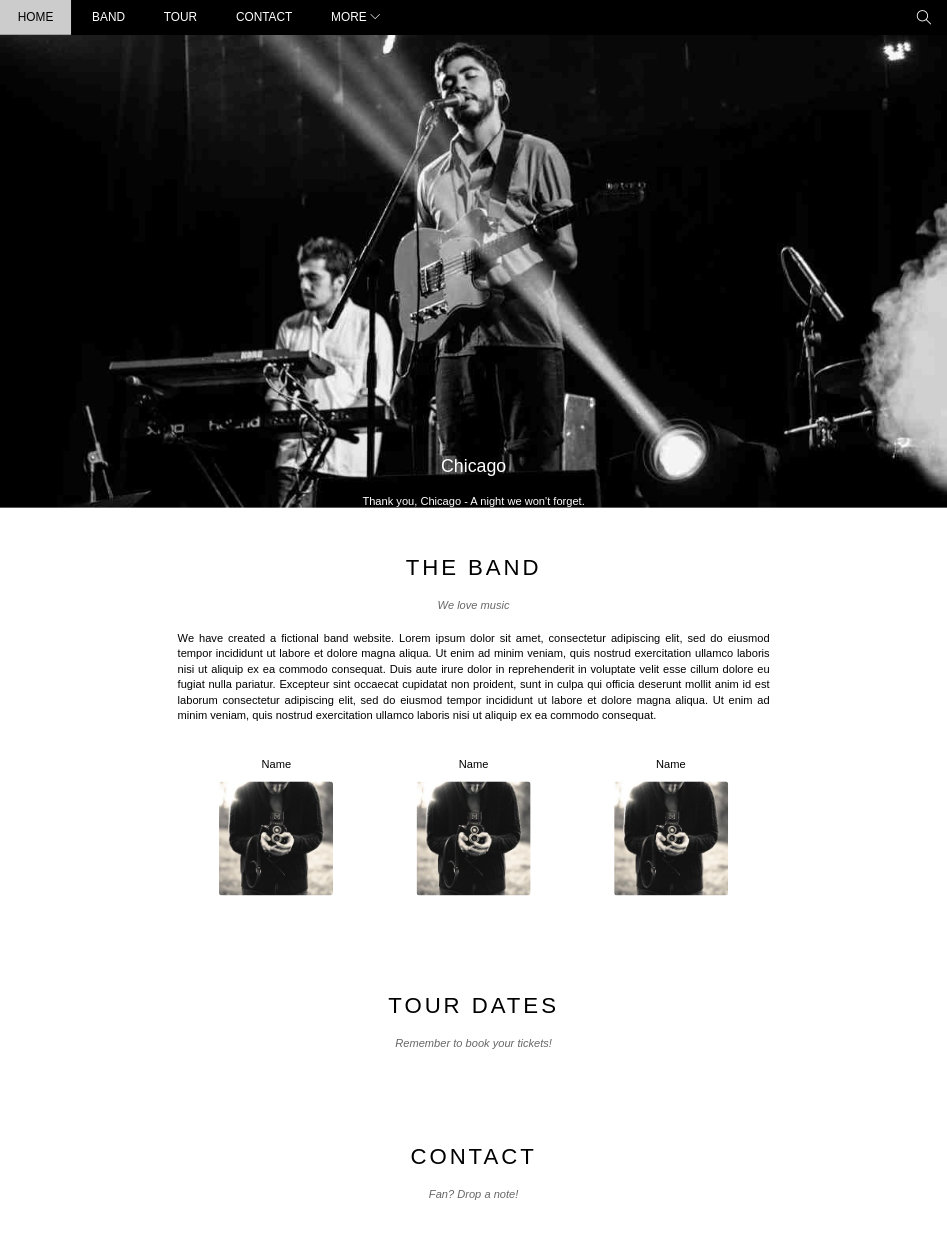
Repository: Thanhtrunghoang123/the-band
Page: index.html
These files come from the project's save history. The page is drawn as it stood at one moment and after the next save; the edit follows.
The browser window is 1280 px wide. The pictures show the whole page, at 74% of full size.

Above is the page before, as saved 2022-07-21 07:00:55.

After the next save:
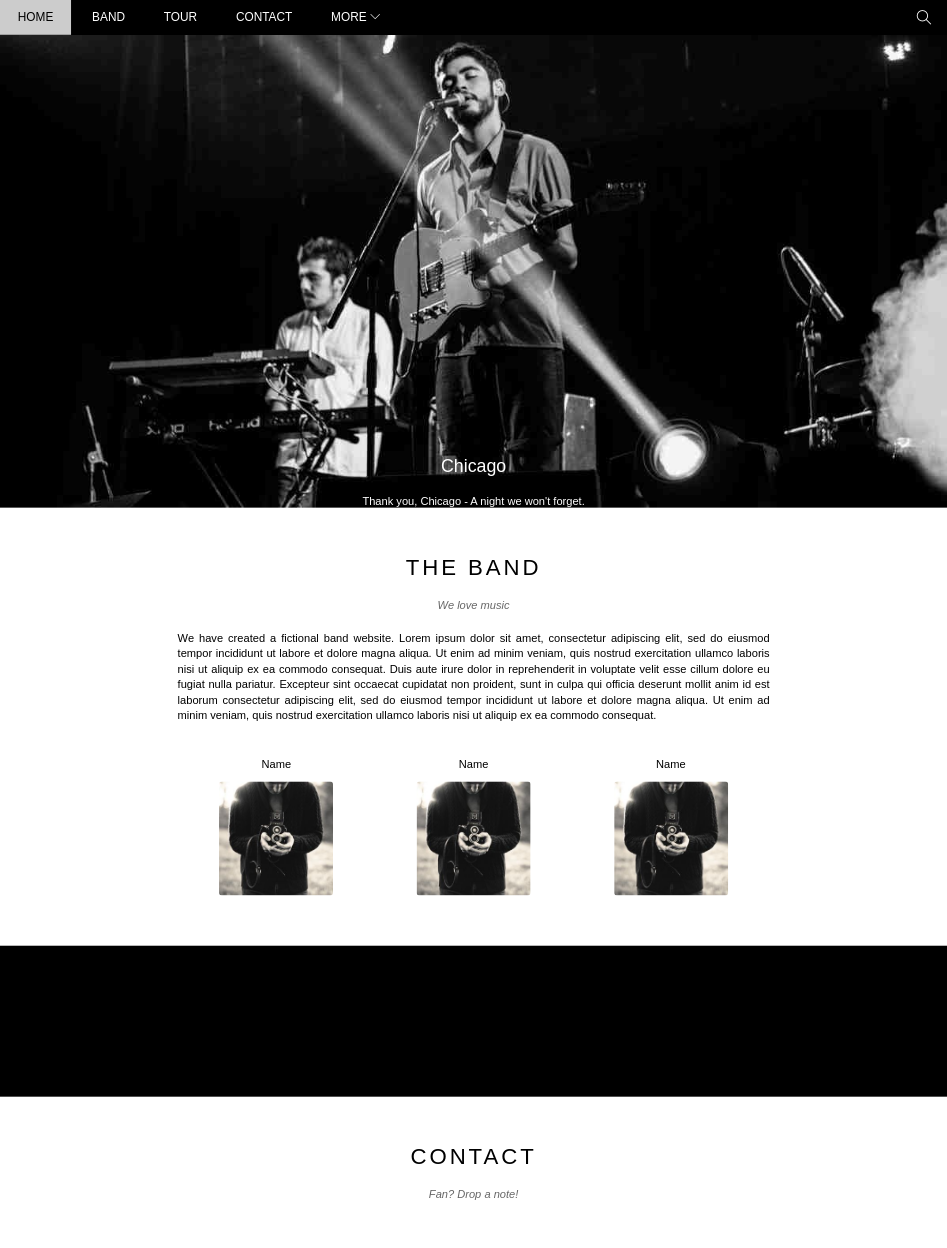
Saved 12 s later.
--- a/index.html
+++ b/index.html
@@ -72,12 +72,15 @@
                         <p class="member-name">Name</p>
                         <img src="./assest/img/band/member1.jpg" alt="Name" class="member-img">
                     </div>
+                    <div class="clear"></div>
                 </div>
             </div>
             <!-- Tour section -->
-            <div class="content-section">
-                <h2 class="section-heading">TOUR DATES</h2>
-                <p class="section-sub-heading">Remember to book your tickets!</p>
+            <div class="tour-section">
+                <div class="content-section">
+                    <h2 class="section-heading">TOUR DATES</h2>
+                    <p class="section-sub-heading">Remember to book your tickets!</p>
+                </div>
             </div>
             <!-- Contact section -->
             <div class="content-section">
